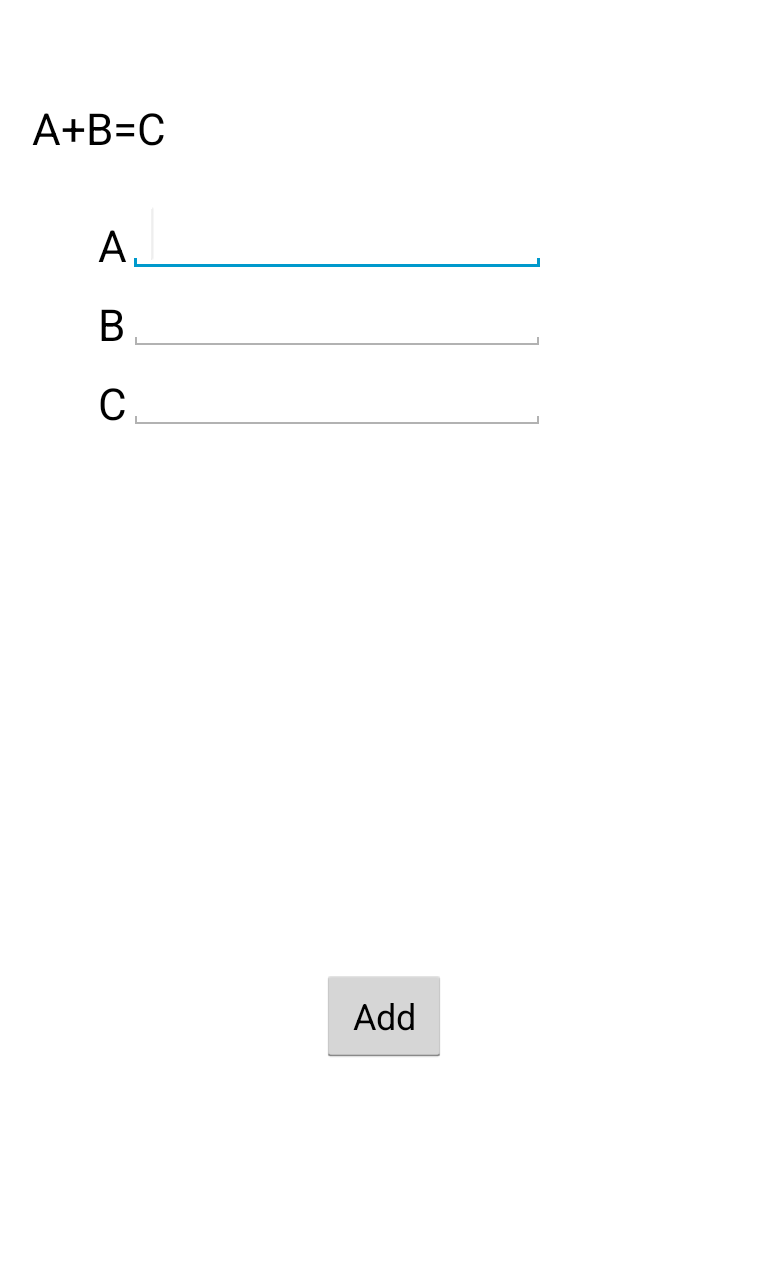
Repository: dtri123/Equation-Station
Layout: TheEquationStation/res/layout/addition_page.xml
These files come from the project's save history. The layout is drawn as it stood at one moment and after the next save; the edit follows.
It is drawn on a 768 x 1280 px phone screen (xhdpi) without system bars, with theme AppTheme; the app's code is not run.

Above is the layout before, as saved 2013-07-17 17:46:20.

After the next save:
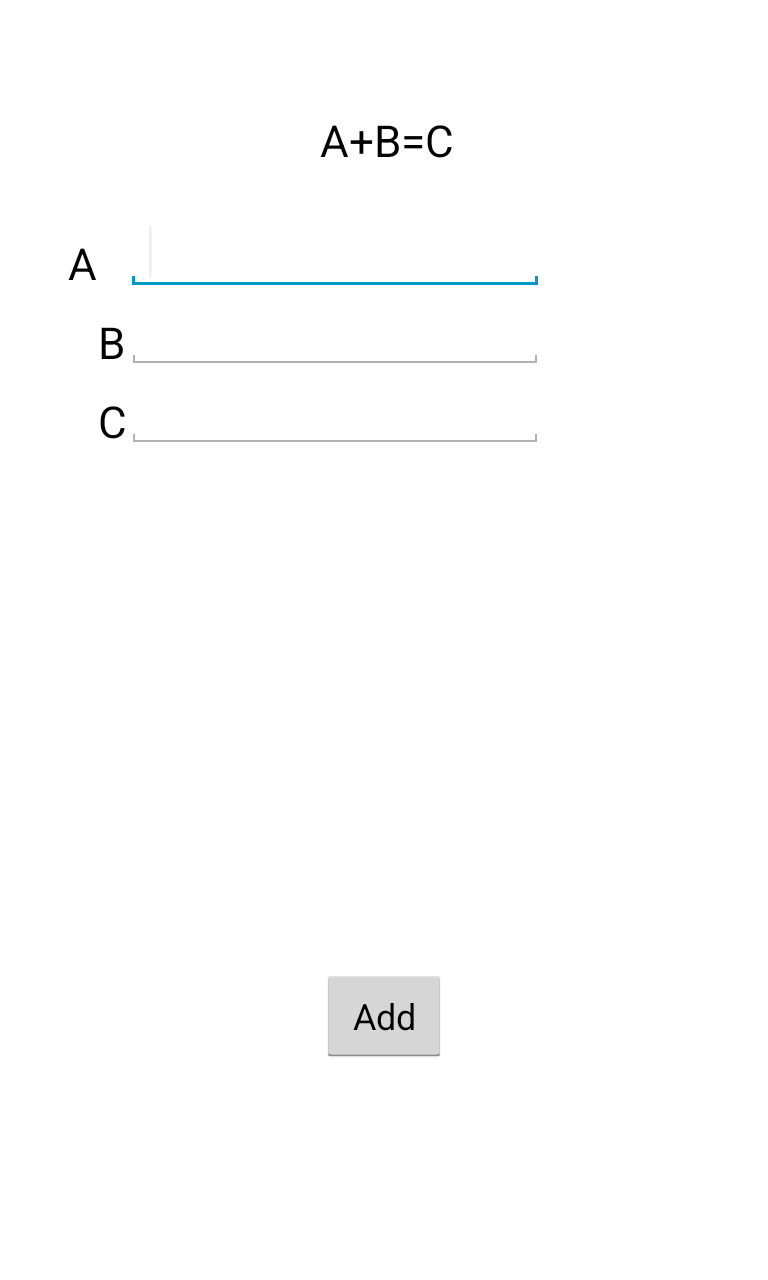
Saved 34 s later.
--- a/TheEquationStation/res/layout/addition_page.xml
+++ b/TheEquationStation/res/layout/addition_page.xml
@@ -29,15 +29,6 @@
         android:textAppearance="?android:attr/textAppearanceMedium" />
 
     <TextView
-        android:id="@+id/textView3"
-        android:layout_width="wrap_content"
-        android:layout_height="wrap_content"
-        android:layout_alignBottom="@+id/editText1"
-        android:layout_alignLeft="@+id/textView4"
-        android:text="A"
-        android:textAppearance="?android:attr/textAppearanceLarge" />
-
-    <TextView
         android:id="@+id/textView4"
         android:layout_width="wrap_content"
         android:layout_height="wrap_content"
@@ -52,32 +43,10 @@
         android:layout_width="wrap_content"
         android:layout_height="wrap_content"
         android:layout_alignBottom="@+id/editText3"
-        android:layout_toLeftOf="@+id/editText3"
+        android:layout_alignParentLeft="true"
+        android:layout_marginLeft="33dp"
         android:text="C"
         android:textAppearance="?android:attr/textAppearanceLarge" />
-
-    <TextView
-        android:id="@+id/textView1"
-        android:layout_width="wrap_content"
-        android:layout_height="wrap_content"
-        android:layout_alignLeft="@+id/button2"
-        android:layout_alignParentTop="true"
-        android:layout_marginTop="33dp"
-        android:text="A+B=C"
-        android:textAppearance="?android:attr/textAppearanceLarge" />
-
-    <EditText
-        android:id="@+id/editText1"
-        android:layout_width="wrap_content"
-        android:layout_height="wrap_content"
-        android:layout_below="@+id/textView1"
-        android:layout_marginTop="19dp"
-        android:layout_toRightOf="@+id/textView3"
-        android:ems="10"
-        android:inputType="numberDecimal" >
-
-        <requestFocus />
-    </EditText>
 
     <EditText
         android:id="@+id/editText3"
@@ -97,4 +66,37 @@
         android:ems="10"
         android:inputType="numberDecimal" />
 
+    <TextView
+        android:id="@+id/textView1"
+        android:layout_width="wrap_content"
+        android:layout_height="wrap_content"
+        android:layout_alignLeft="@+id/button_add"
+        android:layout_alignTop="@+id/textView2"
+        android:layout_marginTop="39dp"
+        android:text="A+B=C"
+        android:textAppearance="?android:attr/textAppearanceLarge" />
+
+    <TextView
+        android:id="@+id/textView3"
+        android:layout_width="wrap_content"
+        android:layout_height="wrap_content"
+        android:layout_above="@+id/editText2"
+        android:layout_alignParentLeft="true"
+        android:layout_marginLeft="18dp"
+        android:text="A"
+        android:textAppearance="?android:attr/textAppearanceLarge" />
+
+    <EditText
+        android:id="@+id/editText1"
+        android:layout_width="wrap_content"
+        android:layout_height="wrap_content"
+        android:layout_below="@+id/textView1"
+        android:layout_marginTop="22dp"
+        android:layout_toRightOf="@+id/textView4"
+        android:ems="10"
+        android:inputType="numberDecimal" >
+
+        <requestFocus />
+    </EditText>
+
 </RelativeLayout>
